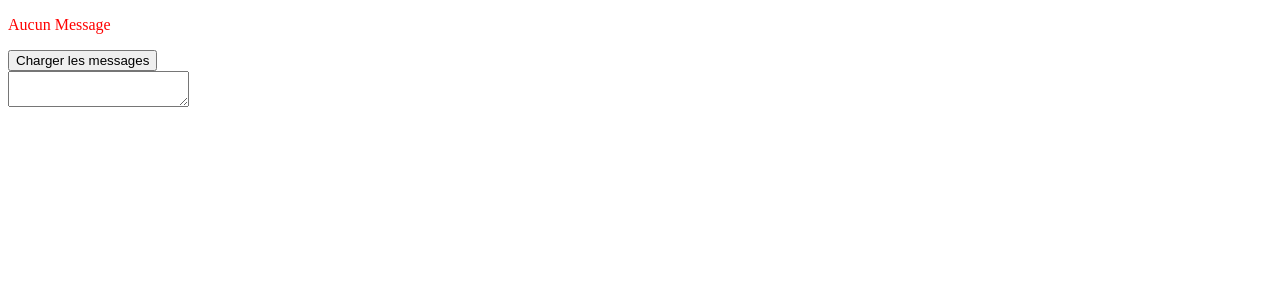
Repository: Symfomany/demoredux
Page: /
The author's editor kept a copy of each file at every save. The page is drawn from the files as they stood at one save, then again after a run of saves.
The browser window is 1280 px wide. The pictures show the whole page.
The project was rebuilt for these pictures with package versions that can differ from the ones it lists, and the page was loaded fresh each time.

Above is the page before, as saved 2018-07-01 19:37:38.

After the next 2 saves:
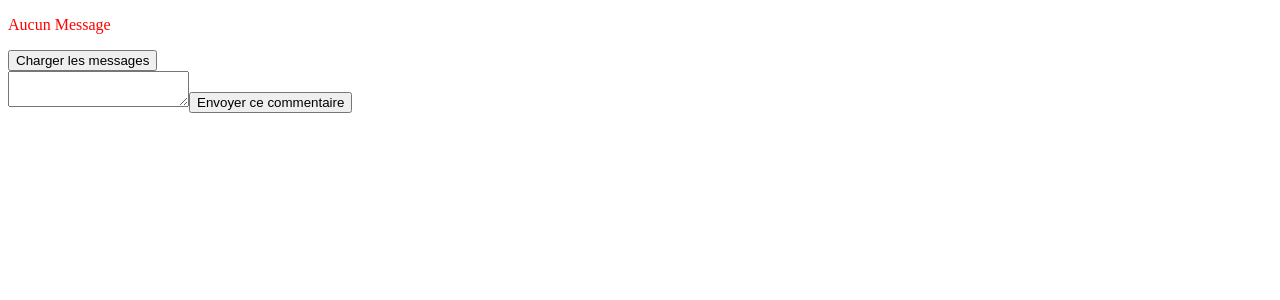
The 2 saves are shown as one change because they came seconds apart.
The last was saved 17 s later.
--- a/src/components/AddMessage.js
+++ b/src/components/AddMessage.js
@@ -9,6 +9,7 @@ class AddMessage extends Component {
     return (
       <form>
         <textarea class="form-control" />
+        <button>Envoyer ce commentaire</button>
       </form>
     );
   }
